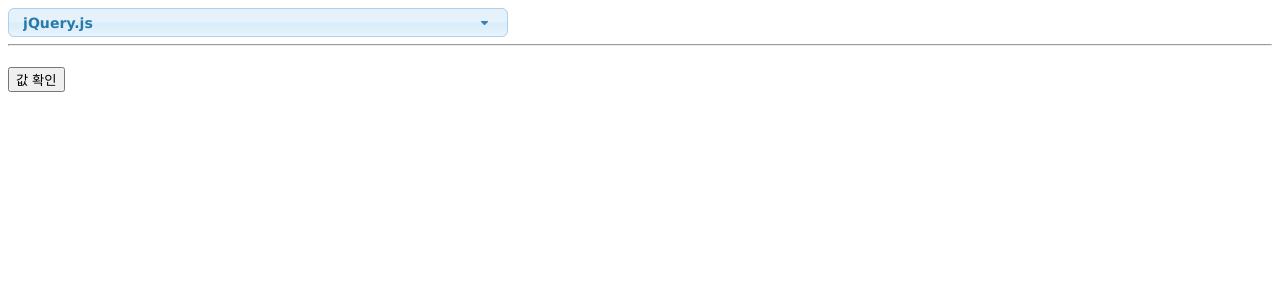
Repository: popconnect/jQuery
Page: http://localhost/jQueryUiEx02/SelectMenuEx01.jsp
An editor plug-in stored every save of this project. The page is shown before and after the next save, followed by the edit.
The browser window is 1280 px wide. The pictures show the whole page.
The page is served by Tomcat 9.

Above is the page before, as saved 2023-05-17 05:25:34.

After the next save:
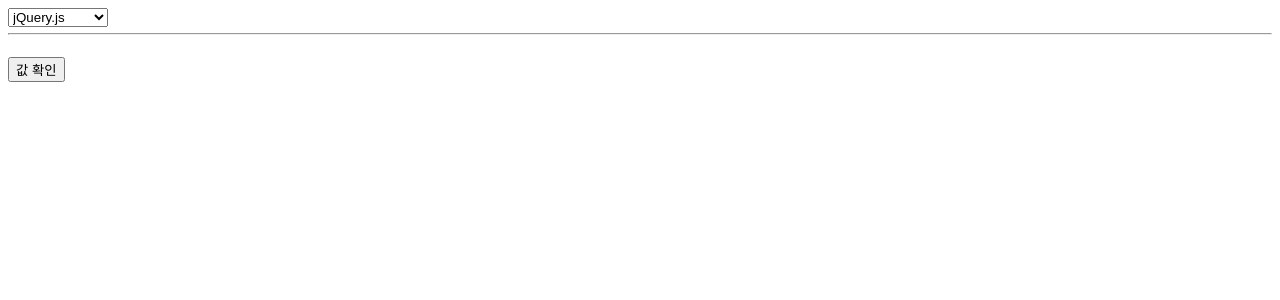
Console error: SyntaxError: Unexpected identifier 'change'
Saved 44 s later.
--- a/jQueryUiEx02/src/main/webapp/SelectMenuEx01.jsp
+++ b/jQueryUiEx02/src/main/webapp/SelectMenuEx01.jsp
@@ -18,6 +18,9 @@
 	$(document).ready(function() {
 		$('#files').selectmenu({
 			width: 500
+			change: function() {
+				$(this).val();
+			}
 		});
 	});
 

After the 2 saves that followed:
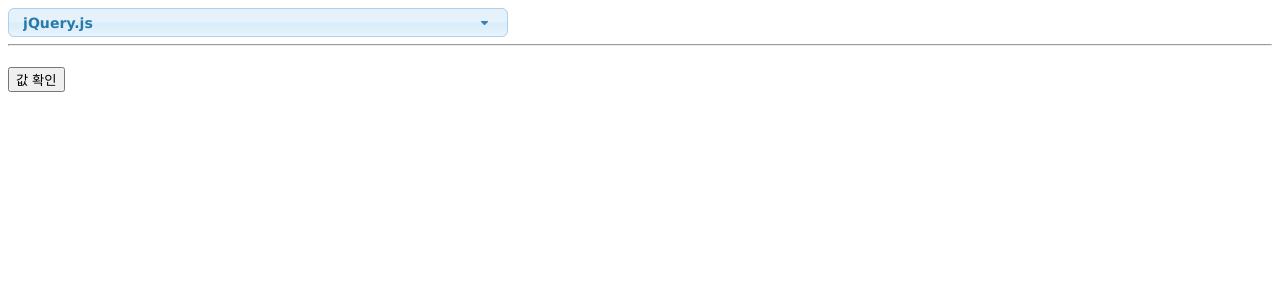
The error is gone.
The 2 saves are shown as one change because 1 left the picture as it was.
The last was saved 16 s later.
--- a/jQueryUiEx02/src/main/webapp/SelectMenuEx01.jsp
+++ b/jQueryUiEx02/src/main/webapp/SelectMenuEx01.jsp
@@ -17,9 +17,9 @@
 	//버튼 이벤트
 	$(document).ready(function() {
 		$('#files').selectmenu({
-			width: 500
+			width: 500,
 			change: function() {
-				$(this).val();
+				console.log($(this).val());
 			}
 		});
 	});
